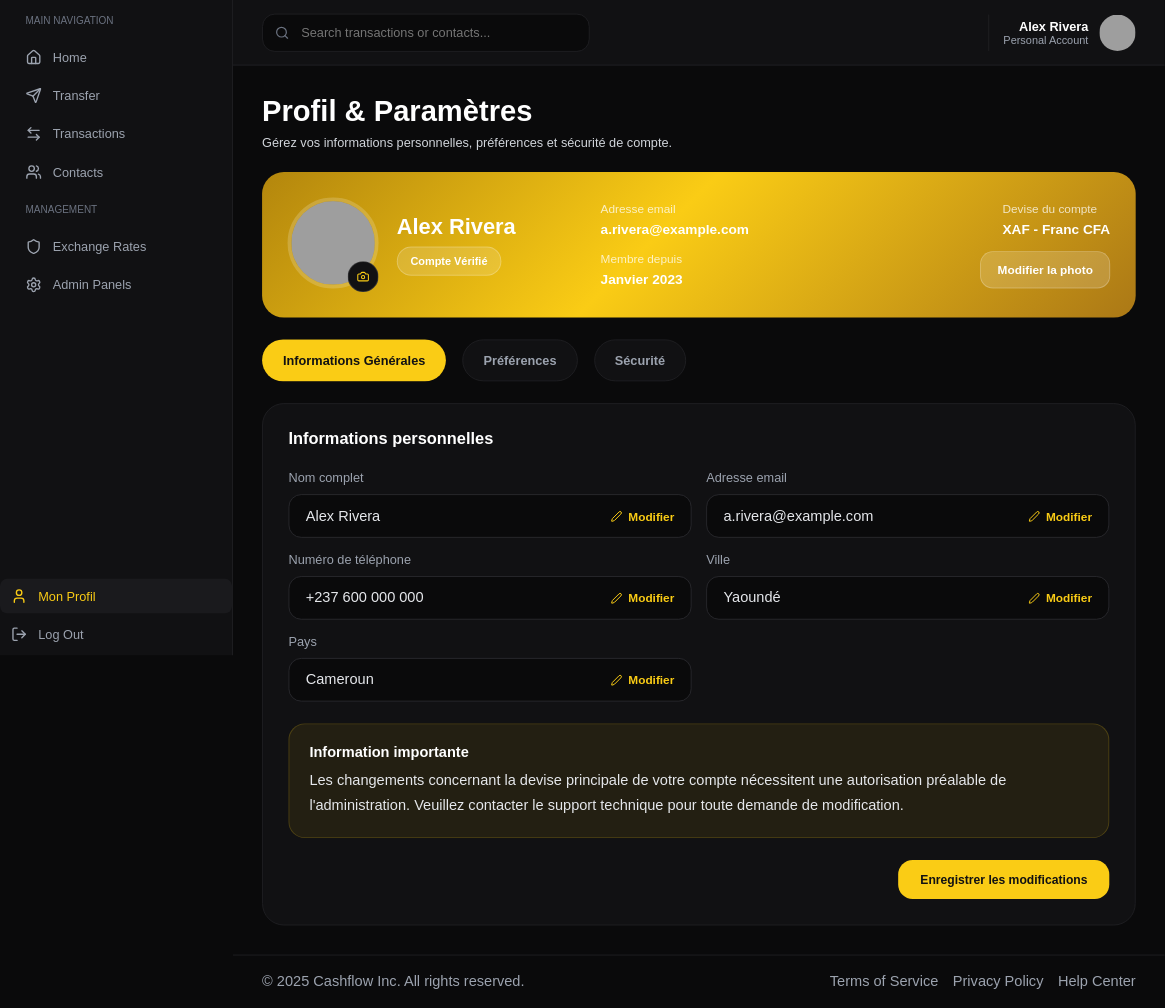
Repository: laetitiamaelle/GROUEPE5_PROGRAMMATIONWEBII_PLATEFORME_DE_TRANSFERT_MULTIDEVISE
Page: /profil
These files come from the project's save history. The page is drawn as it stood at one moment and after a run of saves; the edit follows.
The browser window is 1280 px wide. The pictures show the whole page, at 91% of full size.
Pictures or frames that could not be fetched are drawn as grey boxes. The project was rebuilt for these pictures with package versions that can differ from the ones it lists, and the page was loaded fresh each time. The framework's server and built-in components were replaced by stand-ins that run in the browser. Also part of the build but not shown: next.config.ts.

Above is the page before, as saved 2026-05-21 10:23:32.

### app/profil/page.tsx
import Sidebar from '@/components/Sidebar'
import Profil from '@/components/Profil'

export default function ProfilPage() {
    return (
        <div style={{ display: 'flex', minHeight: '100vh', background: '#0A0A0B' }}>
            <Sidebar />
            <Profil />
        </div>
    )
}

### app/globals.css
* {
    margin: 0;
    padding: 0;
    box-sizing: border-box;
}

body {
    background: #0A0A0B;
    color: #E5E5E5;
    font-family: Arial, sans-serif;
}

a {
    text-decoration: none;
    color: inherit;
}

button {
    cursor: pointer;
    border: none;
    font-family: inherit;
}

### components/Sidebar.tsx
'use client'
import Link from 'next/link';
import Image from 'next/image';
import { usePathname } from 'next/navigation'
import { Home, Send, ArrowLeftRight, Users, Shield, Settings, LogOut, User } from 'lucide-react'
import '../styles/Sidebar.css'

export default function Sidebar() {
    const pathname = usePathname()

    return (
        <aside className='sidebar'>


            <nav className='nav'>
                <p className='nav-title'>MAIN NAVIGATION</p>
                <Link href="/home" className={`nav-item ${pathname === '/home' ? 'active' : ''}`}>
                    <Home size={18} /> Home
                </Link>
                <Link href="/transfert" className={`nav-item ${pathname.startsWith('/transfert') ? 'active' : ''}`}>
                    <Send size={18} /> Transfer
                </Link>
                <Link href="/transactions" className={`nav-item ${pathname === '/transactions' ? 'active' : ''}`}>
                    <ArrowLeftRight size={18} /> Transactions
                </Link>
                <Link href="#" className="nav-item">
                    <Users size={18} /> Contacts
                </Link>

                <p className="nav-title">MANAGEMENT</p>
                <Link href="/exchange-rates" className={`nav-item ${pathname === '/exchange-rates' ? 'active' : ''}`}>
                    <Shield size={18} /> Exchange Rates
                </Link>
                <Link href="/dashboard" className={`nav-item ${pathname === '/admin' ? 'active' : ''}`}>
                    <Settings size={18} /> Admin Panels
                </Link>
            </nav>

            <div className='sidebar-footer'>
                <Link href="/profil" className={`nav-item ${pathname === '/profil' ? 'active' : ''}`}>
                    <User size={18} /> Mon Profil
                </Link>
                <div className='sidebar-logout'>
                    <button className='nav-item logout-btn'>
                        <LogOut size={18} /> Log Out
                    </button>
                </div>
            </div>
        </aside>
    )
}

### components/Profil.tsx
'use client'
import { useState } from 'react'
import { User, Mail, Phone, MapPin, Shield, Bell, Key, Camera, Edit2, Check, X, Search } from 'lucide-react'

import '../styles/Profil.css'

const USER_DATA = {
  nom: 'Alex Rivera',
  email: 'a.rivera@example.com',
  telephone: '+237 600 000 000',
  pays: 'Cameroun',
  ville: 'Yaoundé',
  compteType: 'Personal Account',
  solde: '2 450 000',
  devise: 'XAF',
  membreDepuis: 'Janvier 2023',
  transfertsEffectues: 47,
  totalEnvoye: '14 280 000 XAF',
}

type SectionKey = 'infos' | 'securite' | 'notifications'

export default function Profil() {
  const [sectionActive, setSectionActive] = useState<SectionKey>('infos')
  const [editField, setEditField] = useState<string | null>(null)
  const [formData, setFormData] = useState({ ...USER_DATA })
  const [savedData, setSavedData] = useState({ ...USER_DATA })
  const [notifications, setNotifications] = useState({
    transfertReussi: true,
    transfertRecu: true,
    alerteSecurite: true,
    newsletter: false,
    resumeHebdo: true,
  })
  const [saveSuccess, setSaveSuccess] = useState(false)

  const handleEdit = (field: string) => setEditField(field)

  const handleSave = () => {
    setSavedData({ ...formData })
    setEditField(null)
    setSaveSuccess(true)
    setTimeout(() => setSaveSuccess(false), 2500)
  }

  const handleCancel = () => {
    setFormData({ ...savedData })
    setEditField(null)
  }

  const toggleNotif = (key: keyof typeof notifications) => {
    setNotifications(prev => ({ ...prev, [key]: !prev[key] }))

  }

  return (
    <div className="main">
      <header className="topbar">
        <div className="search-box">
          <Search size={16} className="search-icon" />
          <input type="text" placeholder="Search transactions or contacts..." className="search" />
        </div>
        <div className="topbar-right">
          <div className="user">
            <div className="user-info">
              <span className="user-name">{savedData.nom}</span>
              <span className="user-role">{savedData.compteType}</span>
            </div>
            <img src="https://i.pravatar.cc/40" alt="avatar" className="user-avatar" />
          </div>
        </div>
      </header>

      <div className="content">
        <div className="pr-page-header">
          <div>
            <h1>Profil & Paramètres</h1>
            <p>Gérez vos informations personnelles, préférences et sécurité de compte.</p>
          </div>
        </div>

        <div className="pr-top-card">
          <div className="pr-top-card-left">
            <div className="pr-card-avatar-wrapper">
              <img src="https://i.pravatar.cc/100" alt="avatar" className="pr-card-avatar" />
              <button className="pr-avatar-edit">
                <Camera size={14} />
              </button>
            </div>
            <div>
              <h2>{savedData.nom}</h2>
              <span className="pr-card-badge">Compte Vérifié</span>
            </div>
          </div>

          <div className="pr-top-card-info">
            <div className="pr-top-info-row">
              <div>
                <span className="pr-top-label">Adresse email</span>
                <p>{savedData.email}</p>
              </div>
              <div>
                <span className="pr-top-label">Devise du compte</span>
                <p>{savedData.devise} - Franc CFA</p>
              </div>
            </div>
            <div className="pr-top-info-row">
              <div>
                <span className="pr-top-label">Membre depuis</span>
                <p>{savedData.membreDepuis}</p>
              </div>
              <button className="pr-card-action">Modifier la photo</button>
            </div>
          </div>
        </div>

        <div className="pr-tab-list">
          <button className={`pr-tab-button ${sectionActive === 'infos' ? 'active' : ''}`} onClick={() => setSectionActive('infos')}>
            Informations Générales
          </button>
          <button className={`pr-tab-button ${sectionActive === 'notifications' ? 'active' : ''}`} onClick={() => setSectionActive('notifications')}>
            Préférences
          </button>
          <button className={`pr-tab-button ${sectionActive === 'securite' ? 'active' : ''}`} onClick={() => setSectionActive('securite')}>
            Sécurité
          </button>
        </div>

        <div className="pr-section-card">
          {sectionActive === 'infos' && (
            <>
              <h3>Informations personnelles</h3>
              <div className="pr-form-grid">
                {[
                  { key: 'nom', label: 'Nom complet' },
                  { key: 'email', label: 'Adresse email' },
                  { key: 'telephone', label: 'Numéro de téléphone' },
                  { key: 'ville', label: 'Ville' },
                  { key: 'pays', label: 'Pays' },
                ].map(({ key, label }) => (
                  <div key={key} className="pr-form-row">
                    <label>{label}</label>
                    {editField === key ? (
                      <div className="pr-field-edit">
                        <input
                          className="pr-input"
                          value={formData[key as keyof typeof formData]}
                          onChange={e => setFormData(prev => ({ ...prev, [key]: e.target.value }))}
                          autoFocus
                        />
                        <button className="pr-btn-save" onClick={handleSave}><Check size={14} /></button>
                        <button className="pr-btn-cancel" onClick={handleCancel}><X size={14} /></button>
                      </div>
                    ) : (
                      <div className="pr-field-display">
                        <span>{savedData[key as keyof typeof savedData]}</span>
                        <button className="pr-btn-edit" onClick={() => handleEdit(key)}>
                          <Edit2 size={13} /> Modifier
                        </button>
                      </div>
                    )}
                  </div>
                ))}
              </div>

              <div className="pr-warning-card">
                <strong>Information importante</strong>
                <p>Les changements concernant la devise principale de votre compte nécessitent une autorisation préalable de l'administration. Veuillez contacter le support technique pour toute demande de modification.</p>
              </div>

              <div className="pr-form-actions">
                <button className="pr-submit-button">Enregistrer les modifications</button>
              </div>
            </>
          )}

          {sectionActive === 'notifications' && (
            <>
              <h3>Préférences de notifications</h3>
              <div className="pr-form-grid notifications-grid">
                {[
                  { key: 'transfertReussi', label: 'Transfert réussi', desc: 'Recevoir une notification à chaque transfert envoyé' },
                  { key: 'transfertRecu', label: 'Transfert reçu', desc: 'Être notifié lors de la réception de fonds' },
                  { key: 'alerteSecurite', label: 'Alertes de sécurité', desc: 'Connexion depuis un nouvel appareil ou lieu' },
                  { key: 'resumeHebdo', label: 'Résumé hebdomadaire', desc: 'Rapport de vos transactions chaque lundi' },
                  { key: 'newsletter', label: 'Newsletter & offres', desc: 'Actualités et promotions Cashflow' },
                ].map(({ key, label, desc }) => (
                  <div key={key} className="pr-notif-row">
                    <div>
                      <span className="pr-notif-label">{label}</span>
                      <p className="pr-notif-desc">{desc}</p>
                    </div>
                    <button className={`pr-toggle ${notifications[key as keyof typeof notifications] ? 'on' : 'off'}`} onClick={() => toggleNotif(key as keyof typeof notifications)}>
                      <span className="pr-toggle-knob"></span>
                    </button>
                  </div>
                ))}
              </div>
            </>
          )}

          {sectionActive === 'securite' && (
            <>
              <h3>Sécurité du compte</h3>
              <div className="pr-security-row">
                <div>
                  <span>Mot de passe</span>
                  <p>Dernière modification il y a 3 mois</p>
                </div>
                <button className="pr-btn-action">Modifier</button>
              </div>
              <div className="pr-security-row">
                <div>
                  <span>Authentification à deux facteurs</span>
                  <p>Activée — via application</p>
                </div>
                <button className="pr-btn-action">Gérer</button>
              </div>
              <div className="pr-security-row">
                <div>
                  <span>Email de récupération</span>
                  <p>{savedData.email}</p>
                </div>
                <button className="pr-btn-action">Modifier</button>
              </div>
            </>
          )}
        </div>
      </div>

      <footer className="footer">
        <span>© 2025 Cashflow Inc. All rights reserved.</span>
        <div className="footer-links">
          <a href="#">Terms of Service</a>
          <a href="#">Privacy Policy</a>
          <a href="#">Help Center</a>
        </div>
      </footer>
    </div>
  )
}

### styles/Sidebar.css
.sidebar {
    width: 256px;
    background: #111113;
    border-right: 1px solid #1F1F23;
    display: flex;
    flex-direction: column;
    height: 100vh;
}

.logo {
    padding: 24px;
}

.logo-img {
    height: 28px;
    width: auto;
}

.nav {
    flex: 1;
    padding: 0 16px;
}

.nav-title {
    font-size: 11px;
    color: #6B7280;
    padding: 0 12px;
    margin: 16px 0;
}

.nav-item {
    display: flex;
    align-items: center;
    gap: 12px;
    padding: 10px 12px;
    border-radius: 8px;
    color: #9CA3AF;
    font-size: 14px;
    margin-bottom: 4px;
    width: 100%;
    background: none;
}

.nav-item:hover {
    background: #1A1A1D;
    color: white;
}

.nav-item.active {
    background: #1A1A1D;
    color: #FACC15;
}

.logout {
    padding: 16px;
    border-top: 1px solid #1F1F23;
}

### styles/Profil.css
.main {
  flex: 1;
  display: flex;
  flex-direction: column;
  min-height: 100vh;
  overflow: hidden;
}

.topbar {
  position: sticky;
  top: 0;
  z-index: 50;
  height: 72px;
  background: #111113;
  border-bottom: 1px solid #1F1F23;
  display: flex;
  align-items: center;
  justify-content: space-between;
  padding: 0 32px;
}

.search-box {
  position: relative;
  display: flex;
  align-items: center;
}

.search-icon {
  position: absolute;
  left: 14px;
  color: #6B7280;
}

.search {
  width: 360px;
  background: #0A0A0B;
  border: 1px solid #1F1F23;
  border-radius: 14px;
  padding: 12px 18px 12px 42px;
  color: #FFFFFF;
  font-size: 14px;
}

@media (max-width: 900px) {
  .search {
    width: 220px;
  }
}

.topbar-right {
  display: flex;
  align-items: center;
  gap: 16px;
}

.user {
  display: flex;
  align-items: center;
  gap: 12px;
  padding-left: 16px;
  border-left: 1px solid #1F1F23;
}

.user-info {
  text-align: right;
}

.user-name {
  display: block;
  font-size: 14px;
  font-weight: 600;
  color: #FFFFFF;
}

.user-role {
  display: block;
  font-size: 12px;
  color: #9CA3AF;
}

.user-avatar {
  width: 40px;
  height: 40px;
  border-radius: 999px;
}

.content {
  flex: 1;
  padding: 32px;
  overflow: auto;
}

.footer {
  margin-top: auto;
  padding: 20px 32px;
  background: #0A0A0B;
  border-top: 1px solid #1F1F23;
  color: #9CA3AF;
  display: flex;
  justify-content: space-between;
  flex-wrap: wrap;
  gap: 12px;
}

.footer-links {
  display: flex;
  gap: 16px;
  flex-wrap: wrap;
}

.footer a {
  color: #9CA3AF;
  text-decoration: none;
}

.pr-page-header {
  display: flex;
  justify-content: space-between;
  align-items: flex-end;
  gap: 24px;
  margin-bottom: 24px;
}

.pr-page-header h1 {
  font-size: 32px;
  font-weight: 700;
  color: #FFFFFF;
  margin-bottom: 8px;
}

.pr-page-header p {
  color: #D1D5DB;
  font-size: 14px;
  max-width: 620px;
}

.pr-top-card {
  display: grid;
  grid-template-columns: 1fr;
  gap: 24px;
  background: linear-gradient(135deg, #B3860D 0%, #FACC15 45%, #AB7816 100%);
  border-radius: 24px;
  padding: 28px;
  margin-bottom: 24px;
  color: #FFFFFF;
}

.pr-top-card-left {
  display: flex;
  align-items: center;
  gap: 20px;
}

.pr-card-avatar-wrapper {
  position: relative;
  min-width: 100px;
  min-height: 100px;
}

.pr-card-avatar {
  width: 100px;
  height: 100px;
  border-radius: 50%;
  object-fit: cover;
  border: 4px solid rgba(255, 255, 255, 0.18);
}

.pr-avatar-edit {
  position: absolute;
  right: 0;
  bottom: 0;
  width: 34px;
  height: 34px;
  border-radius: 50%;
  background: #111113;
  border: 1px solid rgba(255, 255, 255, 0.15);
  color: #FACC15;
  display: flex;
  align-items: center;
  justify-content: center;
}

.pr-card-badge {
  display: inline-flex;
  align-items: center;
  gap: 6px;
  margin-top: 8px;
  background: rgba(255, 255, 255, 0.14);
  border: 1px solid rgba(255, 255, 255, 0.24);
  border-radius: 999px;
  padding: 8px 14px;
  font-size: 12px;
  font-weight: 600;
}

.pr-top-card-info {
  display: grid;
  gap: 16px;
}

.pr-top-info-row {
  display: flex;
  align-items: center;
  justify-content: space-between;
  gap: 16px;
}

.pr-top-label {
  display: block;
  color: rgba(255, 255, 255, 0.75);
  font-size: 13px;
  margin-bottom: 6px;
}

.pr-top-card-info p {
  font-size: 15px;
  font-weight: 600;
  color: #FFFFFF;
  margin: 0;
}

.pr-card-action {
  align-self: flex-start;
  background: rgba(255, 255, 255, 0.16);
  border: 1px solid rgba(255, 255, 255, 0.24);
  color: #FFFFFF;
  padding: 12px 18px;
  border-radius: 14px;
  font-size: 13px;
  font-weight: 600;
}

.pr-tab-list {
  display: flex;
  gap: 16px;
  margin-bottom: 24px;
  flex-wrap: wrap;
}

.pr-tab-button {
  background: #111113;
  color: #9CA3AF;
  border: 1px solid #1F1F23;
  border-radius: 999px;
  padding: 14px 22px;
  font-size: 14px;
  font-weight: 600;
  cursor: pointer;
}

.pr-tab-button.active {
  background: #FACC15;
  color: #111113;
  border-color: rgba(250, 204, 21, 0.8);
}

.pr-section-card {
  background: #111113;
  border: 1px solid #1F1F23;
  border-radius: 24px;
  padding: 28px;
}

.pr-section-card h3 {
  font-size: 18px;
  font-weight: 700;
  margin-bottom: 24px;
  color: #FFFFFF;
}

.pr-form-grid {
  display: grid;
  gap: 16px;
}

.pr-form-row {
  display: grid;
  gap: 10px;
}

.pr-form-row label {
  font-size: 14px;
  color: #9CA3AF;
}

.pr-input,
.pr-field-display {
  width: 100%;
}

.pr-input {
  background: #0A0A0B;
  border: 1px solid #29292E;
  border-radius: 14px;
  padding: 14px 16px;
  color: #E5E7EB;
  font-size: 14px;
}

.pr-input:focus {
  outline: 2px solid rgba(250, 204, 21, 0.35);
}

.pr-field-display {
  display: flex;
  justify-content: space-between;
  align-items: center;
  gap: 16px;
  padding: 14px 18px;
  background: #0A0A0B;
  border: 1px solid #29292E;
  border-radius: 14px;
  color: #E5E7EB;
}

.pr-btn-edit,
.pr-btn-save,
.pr-btn-cancel {
  display: inline-flex;
  align-items: center;
  justify-content: center;
  gap: 6px;
  border: none;
  cursor: pointer;
  font-size: 13px;
  font-weight: 600;
}

.pr-btn-edit {
  background: none;
  color: #FACC15;
}

.pr-btn-save {
  background: #22C55E;
  color: #FFFFFF;
  padding: 10px 16px;
  border-radius: 12px;
}

.pr-btn-cancel {
  background: #1A1A1D;
  color: #9CA3AF;
  padding: 10px 16px;
  border-radius: 12px;
  border: 1px solid #29292E;
}

/* Action button style used in Sécurité section */
.pr-btn-action {
  background: #1A1A1D;
  color: #E5E5E5;
  padding: 10px 14px;
  border-radius: 10px;
  border: 1px solid #29292E;
  font-weight: 600;
}

.pr-btn-action:hover {
  border-color: #FACC15;
  color: #FACC15;
}

.pr-warning-card {
  border: 1px solid rgba(250, 204, 21, 0.2);
  background: rgba(250, 204, 21, 0.08);
  border-radius: 18px;
  padding: 22px;
  margin-top: 24px;
}

.pr-warning-card strong {
  display: block;
  color: #FFFFFF;
  margin-bottom: 8px;
}

.pr-warning-card p {
  color: #E5E7EB;
  line-height: 1.7;
  margin: 0;
}

.pr-form-actions {
  display: flex;
  justify-content: flex-end;
  margin-top: 24px;
}

.pr-submit-button {
  background: #FACC15;
  color: #111113;
  border: none;
  border-radius: 16px;
  padding: 14px 24px;
  font-weight: 700;
  cursor: pointer;
}

.pr-notif-row,
.pr-security-row {
  display: flex;
  justify-content: space-between;
  align-items: center;
  gap: 18px;
  padding: 18px 20px;
  background: #0A0A0B;
  border: 1px solid #29292E;
  border-radius: 16px;
}

.pr-notif-label,
.pr-security-row span {
  font-size: 15px;
  color: #FFFFFF;
  font-weight: 600;
}

.pr-notif-desc,
.pr-security-row p {
  color: #9CA3AF;
  margin: 6px 0 0;
  font-size: 13px;
}

.pr-toggle {
  width: 48px;
  height: 28px;
  border-radius: 999px;
  background: #29292E;
  position: relative;
  border: 1px solid #1F1F23;
}

.pr-toggle.on {
  background: #22C55E;
  border-color: #22C55E;
}

.pr-toggle-knob {
  width: 22px;
  height: 22px;
  border-radius: 50%;
  background: #FFFFFF;
  position: absolute;
  top: 3px;
  left: 3px;
  transition: transform 0.2s ease;
}

.pr-toggle.on .pr-toggle-knob {
  transform: translateX(20px);
}

.pr-save-toast {
  display: inline-flex;
  align-items: center;
  gap: 10px;
  background: rgba(34, 197, 94, 0.1);
  border: 1px solid rgba(34, 197, 94, 0.3);
  color: #22C55E;
  border-radius: 12px;
  padding: 12px 18px;
  margin-bottom: 24px;
}

@media (min-width: 900px) {
  .pr-top-card {
    grid-template-columns: 320px 1fr;
    align-items: center;
  }

  .pr-tab-list {
    gap: 18px;
  }

  .pr-form-grid {
    grid-template-columns: repeat(2, minmax(0, 1fr));
  }
}

@media (max-width: 880px) {
  .pr-page-header,
  .pr-top-card,
  .pr-tab-list,
  .pr-section-card {
    padding: 0;
  }

  .pr-form-grid {
    grid-template-columns: 1fr;
  }
}

Loaded but not shown: app/layout.tsx (common file)

After the next 3 saves:
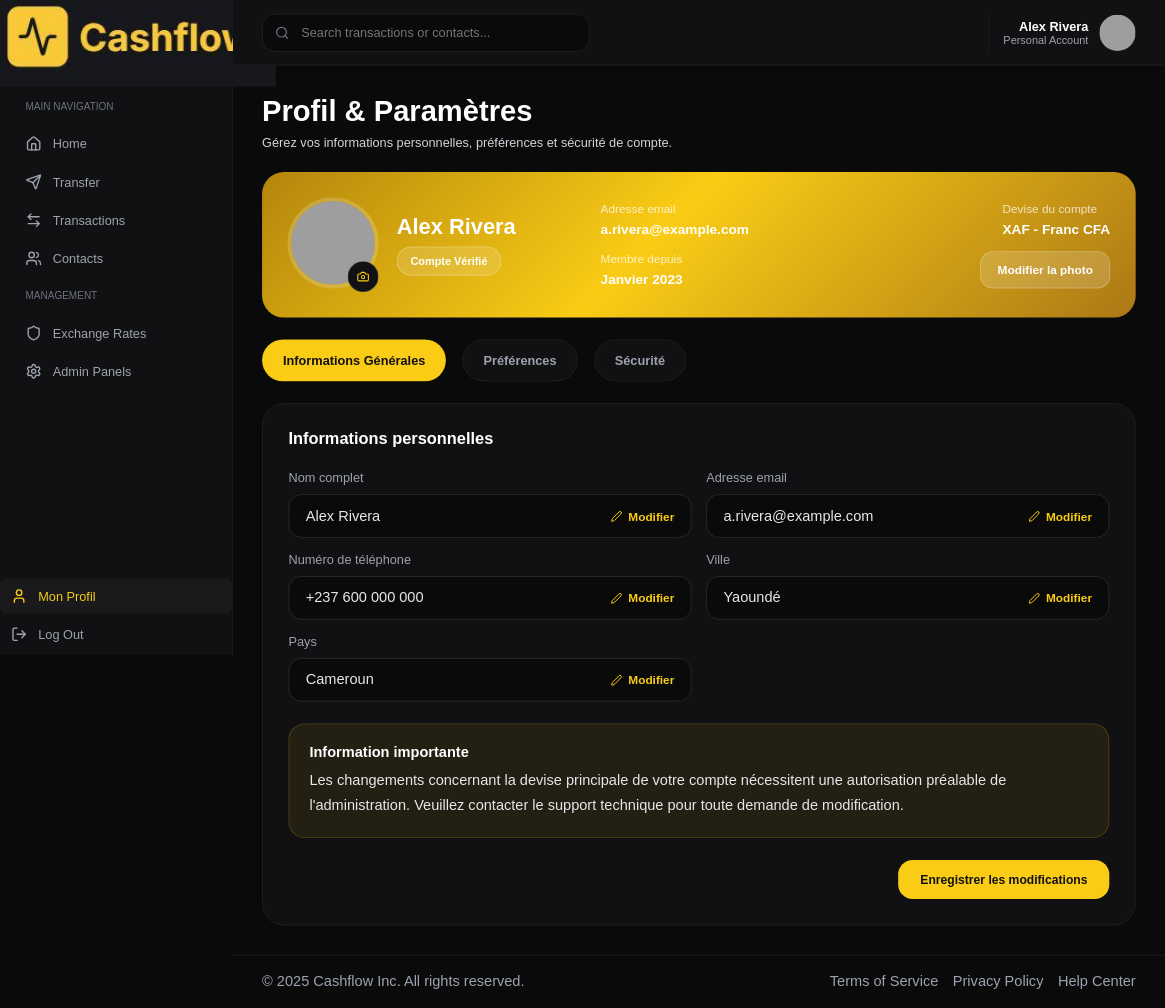
The 3 saves are shown as one change because 2 did not build or start.
The last was saved 66 s later.
--- a/components/Sidebar.tsx
+++ b/components/Sidebar.tsx
@@ -4,6 +4,8 @@ import Image from 'next/image';
 import { usePathname } from 'next/navigation'
 import { Home, Send, ArrowLeftRight, Users, Shield, Settings, LogOut, User } from 'lucide-react'
 import '../styles/Sidebar.css'
+import Image from 'next/image'
+import maPhoto from '../public/logo-cashflow.jpeg'
 
 export default function Sidebar() {
     const pathname = usePathname()
@@ -11,7 +13,7 @@ export default function Sidebar() {
     return (
         <aside className='sidebar'>
 
-
+            <Image src={maPhoto} alt="Description de la photo" placeholder="blur"/>
             <nav className='nav'>
                 <p className='nav-title'>MAIN NAVIGATION</p>
                 <Link href="/home" className={`nav-item ${pathname === '/home' ? 'active' : ''}`}>
